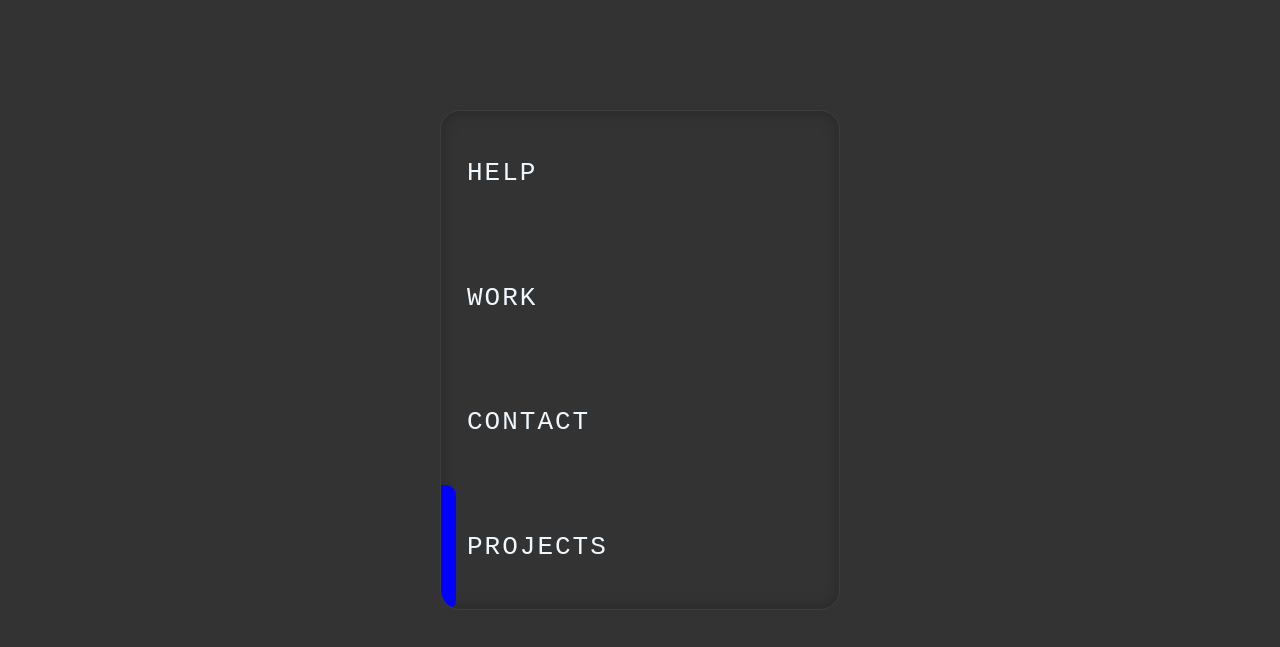
Repository: Rostyk-qq/Projects_Web
Page: menuRanLine/ranLine.html
An editor plug-in stored every save of this project. The page is shown before and after a run of saves, followed by the edit.
The browser window is 1280 px wide. The pictures show the whole page.

Above is the page before, as saved 2023-09-30 03:05:46.

### menuRanLine/ranLine.html
<!DOCTYPE html>
<html lang="en">
<head>
    <meta charset="UTF-8">
    <meta name="viewport" content="width=device-width, initial-scale=1.0">
    <link rel="stylesheet" href="./ranLine.css">
    <title>Document</title>
</head>
<body>
    <div class="wrapper">
        <ul class="menu">
            <li data-active-color="red" class="menu__list">
                <a href="#" class="menu__link">Help</a>
            </li>
            <li data-active-color="yellow"  class="menu__list">
                <a href="#" class="menu__link">Work</a>
            </li>
            <li data-active-color="green"  class="menu__list">
                <a href="#" class="menu__link">Contact</a>
            </li>
            <li data-active-color="blue"  class="menu__list _active">
                <a href="#" class="menu__link">Projects</a>
            </li>

            <div class="container__line">
                <div class="line"></div>
            </div>
        </ul>
    </div>
    <script src="./ranLine.js" ></script>
</body>
</html>

### menuRanLine/ranLine.css
*{
    margin: 0;
    padding: 0;
    box-sizing: border-box;
}
body{
    width: 100vw;
    height: 100vh;
    overflow: hidden;
}
.wrapper {
    width: 100%;
    height: 100%;
    display: grid;
    place-items: center;
    background-color: #333;
 }
.menu {
    position: relative;
    padding: 0;
    display: flex;
    flex-direction: column;
    flex-wrap: wrap;
    width: 400px;
    height: 500px;
    border-radius: 20px;
    overflow: hidden;
}
.menu__list {
    list-style-type: none;
    width: 100%;
    height: 25%;
    display: flex;
    align-items: center;
}
.menu__link {
    text-transform: uppercase;
    text-decoration: none;
    letter-spacing: 2px;
    color: aliceblue;
    padding-left: 26px;
    font-size: 26px;
    font-family: 'Courier New', Courier, monospace;
}
.container__line {
    position: absolute;
    left: 0;
    top: 0;
    width: 15px;
    height: 100%;
}
.line {
    position: absolute;
    top: 0;
    left: 0;
    width: 100%;
    border-radius: 0px 10px 10px 0px;
}

.menu{
    border: 1px solid transparent;
    box-shadow: inset 0px 0px 15px 0px transparent;
}
.loaded .menu {
    border: 1px solid rgba(255, 255, 255, 0.05);
    box-shadow: inset 0px 0px 15px 0px rgb(0, 0, 0, 0.25);
    transition: all 1.2s ease;
}
.menu__link{
    transform: translateX(-100%);
}
.loaded .menu__link{
    transform: translateX(0%);
    transition: transform 1.2s ease;
}
.loaded .menu__list:nth-child(1) .menu__link{
    transition-delay: .5s;
}
.loaded .menu__list:nth-child(2) .menu__link{
    transition-delay: .7s;
}
.loaded .menu__list:nth-child(3) .menu__link{
    transition-delay: .9s;
}
.loaded .menu__list:nth-child(4) .menu__link{
    transition-delay: 1.1s;
}
.container__line .line{
    transform: translateX(-100%);
}
.loaded .container__line .line{
    transform: translateX(0%);
    transition: transform 2s ease;
    transition-delay: 1s;
}

### menuRanLine/ranLine.js

window.addEventListener('load', windowLoad);

function windowLoad(e) {
    document.documentElement.classList.add('loaded');

    const menu = document.querySelector('ul.menu');
    let menuActiveElement;

    if(menu){
        menuActiveElement = document.querySelector('.container__line .line')
        const menuActiveItem = menu.querySelector('.menu__list._active')

        menuActiveItem ? setStyles(menuActiveItem) : null;
        menu.addEventListener('click', effectCreate)
    }
    function effectCreate(e){
        const target = e.target;

        if(target.closest('.menu__list')){
            const getItem = target.closest('.menu__list');
            const getItemActive = menu.closest('.menu__list._active');

            if(!getItem.classList.contains('_active')){
                getItemActive ? getItemActive.classList.remove('_active') : null;
            }
            setStyles(getItem)
            e.preventDefault();
        }
    }
    function setStyles(menuActiveItem) {
        menuActiveItem.classList.add('_active')
        menuActiveElement.style.cssText = `
            height: ${menuActiveItem.offsetHeight}px;
            top: ${menuActiveItem.offsetTop}px;
            background-color: ${menuActiveItem.dataset.activeColor};
        `
    }
}

After the next 2 saves:
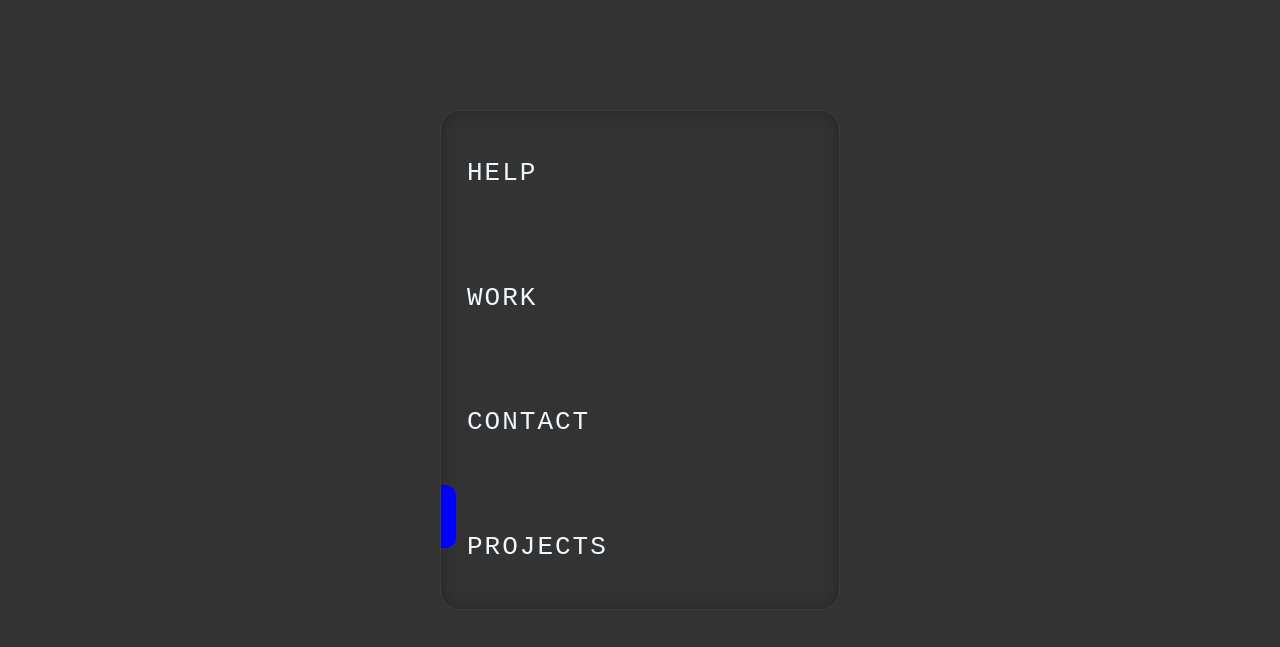
The 2 saves are shown as one change because they came seconds apart.
The last was saved 17 s later.
--- a/menuRanLine/ranLine.js
+++ b/menuRanLine/ranLine.js
@@ -31,7 +31,7 @@
     function setStyles(menuActiveItem) {
         menuActiveItem.classList.add('_active')
         menuActiveElement.style.cssText = `
-            height: ${menuActiveItem.offsetHeight}px;
+            height: ${menuActiveItem.offsetHeight / 2}px;
             top: ${menuActiveItem.offsetTop}px;
             background-color: ${menuActiveItem.dataset.activeColor};
         `

After the save that followed:
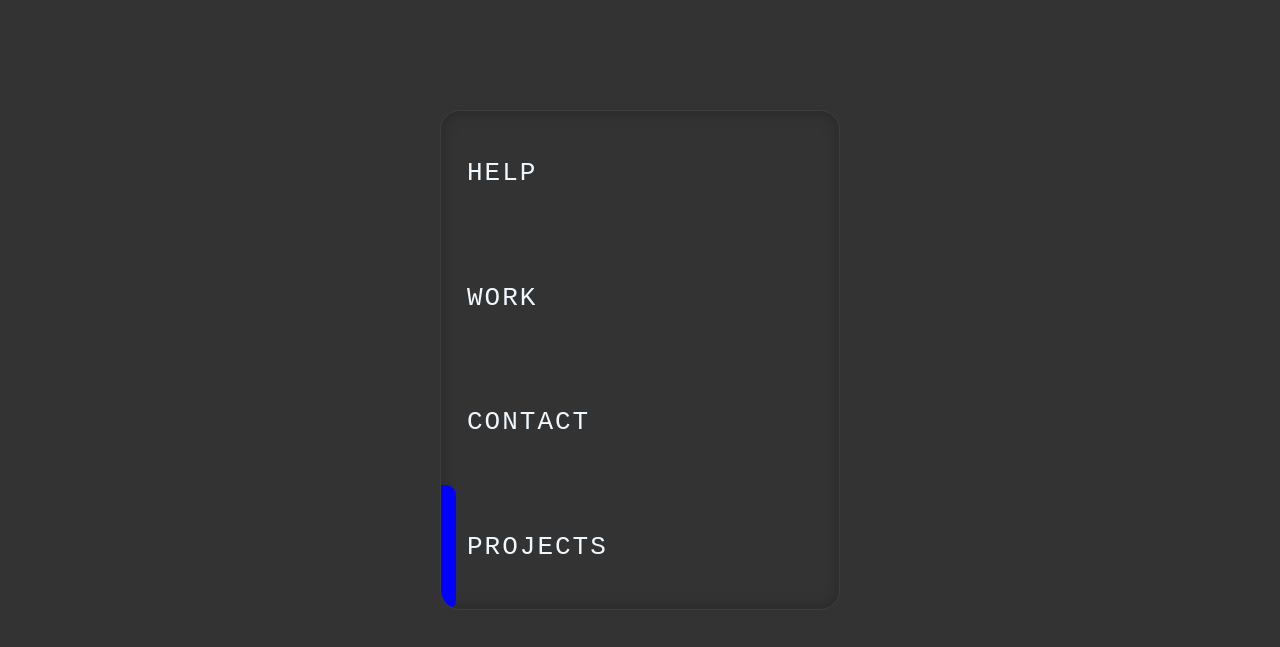
Console error: ReferenceError: menuActivmenueItem is not defined
Saved 10 s later.
--- a/menuRanLine/ranLine.js
+++ b/menuRanLine/ranLine.js
@@ -12,7 +12,7 @@
         const menuActiveItem = menu.querySelector('.menu__list._active')
 
         menuActiveItem ? setStyles(menuActiveItem) : null;
-        menu.addEventListener('click', effectCreate)
+        menuActivmenueItem.addEventListener('click', effectCreate)
     }
     function effectCreate(e){
         const target = e.target;
@@ -31,7 +31,7 @@
     function setStyles(menuActiveItem) {
         menuActiveItem.classList.add('_active')
         menuActiveElement.style.cssText = `
-            height: ${menuActiveItem.offsetHeight / 2}px;
+            height: ${menuActiveItem.offsetHeight}px;
             top: ${menuActiveItem.offsetTop}px;
             background-color: ${menuActiveItem.dataset.activeColor};
         `
